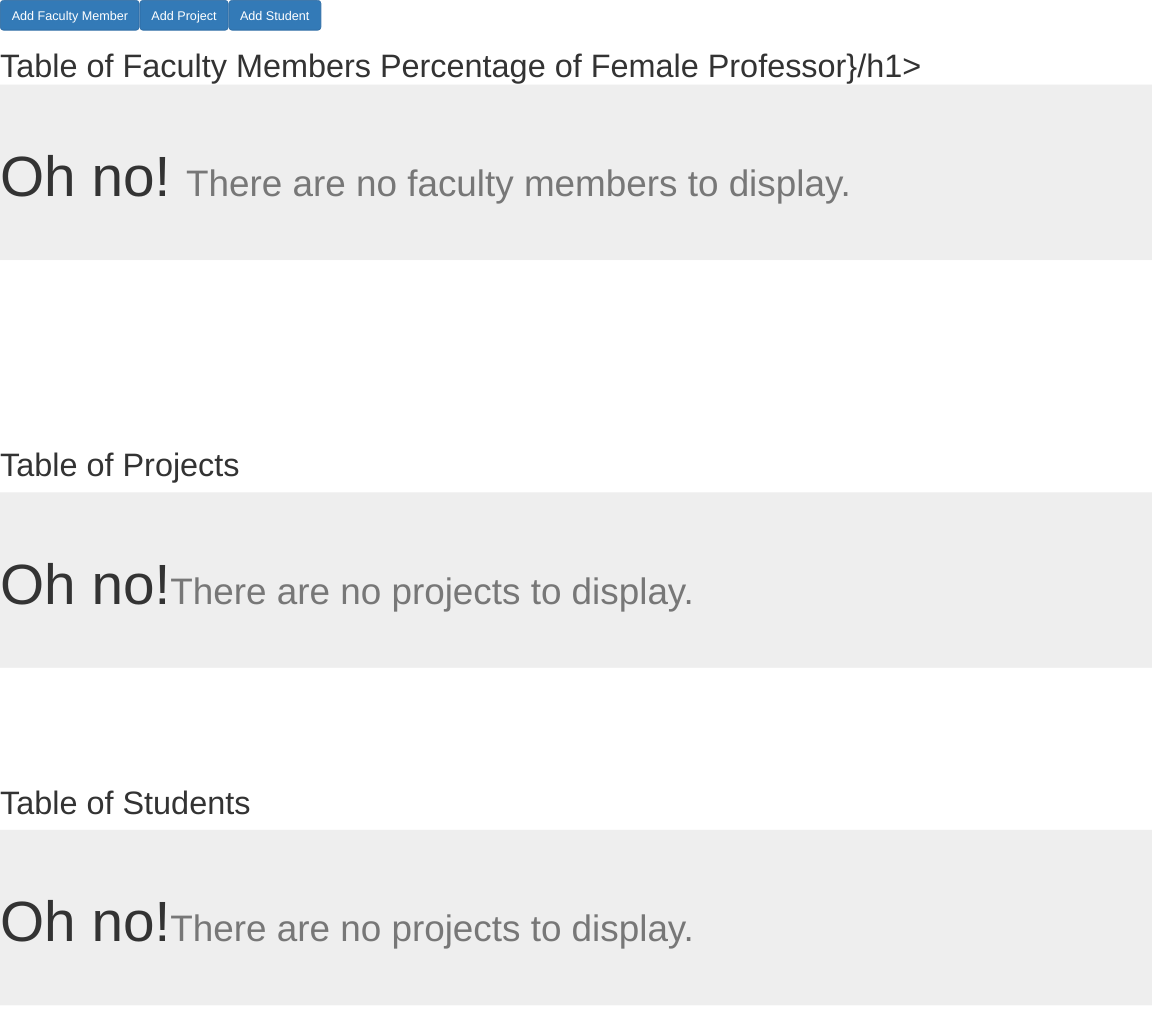
Repository: cpham19/DatabaseSite
Page: http://localhost/database/Table
The author's editor kept a copy of each file at every save. The page is drawn from the files as they stood at one save, then again after the next save.
The browser window is 1280 px wide. The pictures show the whole page, at 90% of full size.
The page is served by Tomcat 9. Other server files are loaded and not shown. Queries for data that is not in the repository find no rows.

Above is the page before, as saved 2017-08-05 07:11:54.

### database/src/main/webapp/Table.jsp
<%@ page language="java" contentType="text/html; charset=UTF-8" pageEncoding="UTF-8"%>
<%@ taglib prefix="c" uri="http://java.sun.com/jsp/jstl/core" %>
<%@ taglib prefix="fn" uri="http://java.sun.com/jsp/jstl/functions" %>
<!doctype html>
<html lang="en">
<head>
	<title>Faculty</title>
	<!-- Latest compiled and minified CSS -->
	<link rel="stylesheet" href="https://maxcdn.bootstrapcdn.com/bootstrap/3.3.7/css/bootstrap.min.css" integrity="sha384-BVYiiSIFeK1dGmJRAkycuHAHRg32OmUcww7on3RYdg4Va+PmSTsz/K68vbdEjh4u" crossorigin="anonymous">
</head>
<body>
	<a href="AddFaculty.jsp" class="btn btn-primary" role="button">Add Faculty Member</a><a href="AddProject.jsp" class="btn btn-primary" role="button">Add Project</a><a href="AddStudent.jsp" class="btn btn-primary" role="button">Add Student</a>

	<h1>Table of Faculty Members                      Percentage of Female Professor}/h1>

	<br/>
	<c:if test="${empty faculties}">
		<div class="jumbotron">
			<h1>Oh no! <small>There are no faculty members to display.</small></h1>
		</div>
	</c:if>

	<c:if test="${not empty faculties}">
		<c:forEach items="${faculties}" var="faculty">
			<div class="panel panel-default">
	 			<div class="panel-body">
					<h3>${faculty.name} (${faculty.res_spec})
					 <a href="ViewProfessorProject?name=${faculty.name}&ssn=${faculty.ssn}" class="btn btn-primary" role="button">View Projects</a><a href="DeleteFaculty?id=${faculty.id}&ssn=${faculty.ssn}" class="btn btn-danger" role="button">Delete Faculty</a>
					 <br/>
					</h3>
					<p>Gender: ${faculty.gender} | Age: ${faculty.age} | SSN : ${faculty.ssn}</p>
					<form action="AddProjectToProf" method="post">
							<input type="text" id="prof_ssn" name="prof_ssn" value="${faculty.ssn}">
							<input type="text" id="proj_num" name="proj_num" placeholder="Enter project number">
							<button type="submit" class="btn btn-success btn-block">Add Faculty to Project</button>
					</form>
			    </div>
			</div>
		</c:forEach>
	</c:if>

	<br/>
	<br/>
	<br/>
	<br/>

    <h1>Table of Projects</h1>
	<c:if test="${empty projects}">
		<div class="jumbotron">
			<h1>Oh no!<small>There are no projects to display.</small></h1>
		</div>
	</c:if>

	<c:if test="${not empty projects}">
		<c:forEach items="${projects}" var="project">
 			<div class="pane panel-default">
				 <div class = "pane panel-heading"><h1>Project#${project.projectNum} ${project.sponsorName} | Start: ${project.startingDate}  End: ${project.endingDate} <a href="ViewStudent?proj_num=${project.projectNum}&spon_name=${project.sponsorName}" class="btn btn-primary" role="button">View Students</a><a href="ViewNumberOfPeople?proj_num=${project.projectNum}" class="btn btn-success" role="button">View Number</a><a href="DeleteProject?id=${project.projectNum}" class="btn btn-danger" role="button">Delete Project</a></h1></div>
			</div>
		</c:forEach>
	</c:if>

	<br/>
	<br/>
	<br/>
	<br/>

    <h1>Table of Students</h1>
	<c:if test="${empty students}">
		<div class="jumbotron">
			<h1>Oh no!<small>There are no projects to display.</small></h1>
		</div>
	</c:if>

	<c:if test="${not empty students}">
		<c:forEach items="${students}" var="student">
 			<div class="pane panel-default">
				 <div class = "pane panel-heading">
				 		<h3>${student.name}
				 			<a href="DeleteStudent?id=${student.id}&ssn=${student.ssn}" class="btn btn-danger" role="button">Delete Student</a>
				 		</h3>
				 		<p>Gender: ${student.gender} | Age: ${student.age} | SSN : ${student.ssn}</p>
				 		<form action="AddProjectToStud" method="post">
								<input type="text" id="stud_ssn" name="stud_ssn" value="${student.ssn}">
								<input type="text" id="proj_num" name="proj_num" placeholder="Enter project number">
								<button type="submit" class="btn btn-success btn-block">Add Student to Project</button>
						</form>
				 </div>
			</div>
		</c:forEach>
	</c:if>

</body>
</html>

### database/src/main/java/Table.java
import java.io.IOException;
import java.sql.Connection;
import java.sql.DriverManager;
import java.sql.ResultSet;
import java.sql.SQLException;
import java.sql.Statement;
import java.util.ArrayList;

import javax.servlet.ServletConfig;
import javax.servlet.ServletException;
import javax.servlet.http.HttpServlet;
import javax.servlet.http.HttpServletRequest;
import javax.servlet.http.HttpServletResponse;

public class Table extends HttpServlet
{
	private static final long serialVersionUID = 1L;


	public void init(ServletConfig config) throws ServletException {
		super.init(config);

		try {
			Class.forName("org.postgresql.Driver");
		}
		catch (ClassNotFoundException e) {
			throw new ServletException(e);
		}
	}

	protected void doGet(HttpServletRequest request, HttpServletResponse response) throws ServletException, IOException
	{
		ArrayList<FacultyModel> faculties = new ArrayList<>();
		ArrayList<ProjectModel> projects = new ArrayList<>();
		ArrayList<StudentModel> students = new ArrayList<>();
		double femaleProfessors = 0;

		Connection c = null;
        try
        {
            String url = "jdbc:postgresql://cs1.calstatela.edu:5432/cs4222s29";
            String username = "cs4222s29";
            String password = "Wh0QcrwJ";
            c = DriverManager.getConnection( url, username, password );

            Statement stmt = c.createStatement();

            ResultSet rs = stmt.executeQuery("select * from faculty");

            while (rs.next()) {

            	FacultyModel entry = new FacultyModel(rs.getInt("id"), rs.getString("ssn"), rs.getString("name"), rs.getInt("age"),
            										  rs.getString("gender"), rs.getString("rank"), rs.getString("res_spec"));

            	faculties.add(entry);
 			}

            rs = stmt.executeQuery("select * from project");

            while (rs.next()) {

            	ProjectModel entry = new ProjectModel(rs.getInt("project_num"), rs.getString("sponsor_name"), rs.getString("starting_date"), rs.getString("ending_date"));

            	projects.add(entry);
 			}

           rs = stmt.executeQuery("select * from student");

            while (rs.next()) {

            	StudentModel entry = new StudentModel(rs.getInt("id"), rs.getString("ssn"), rs.getString("name"), rs.getInt("age"), rs.getString("gender"), rs.getString("degree"));

            	students.add(entry);
 			}

            rs = stmt.executeQuery("select female_faculty();");


            while (rs.next()) {
            	femaleProfessors = rs.getDouble("female_faculty()");
 			}
        }

        catch( SQLException e ) {

            throw new ServletException( e );

        }

        finally {

            try {

                if( c != null ) c.close();

            }

            catch( SQLException e ) {

                throw new ServletException( e );

            }

        }

        request.setAttribute("faculties", faculties);
        request.setAttribute("projects", projects);
        request.setAttribute("students", students);
        request.setAttribute("femaleProfessors", femaleProfessors);

        request.getRequestDispatcher("Table.jsp").forward(request,response);
	}


	protected void doPost(HttpServletRequest request, HttpServletResponse response) throws ServletException, IOException
	{
		doGet(request, response);
	}

}

After the next save:
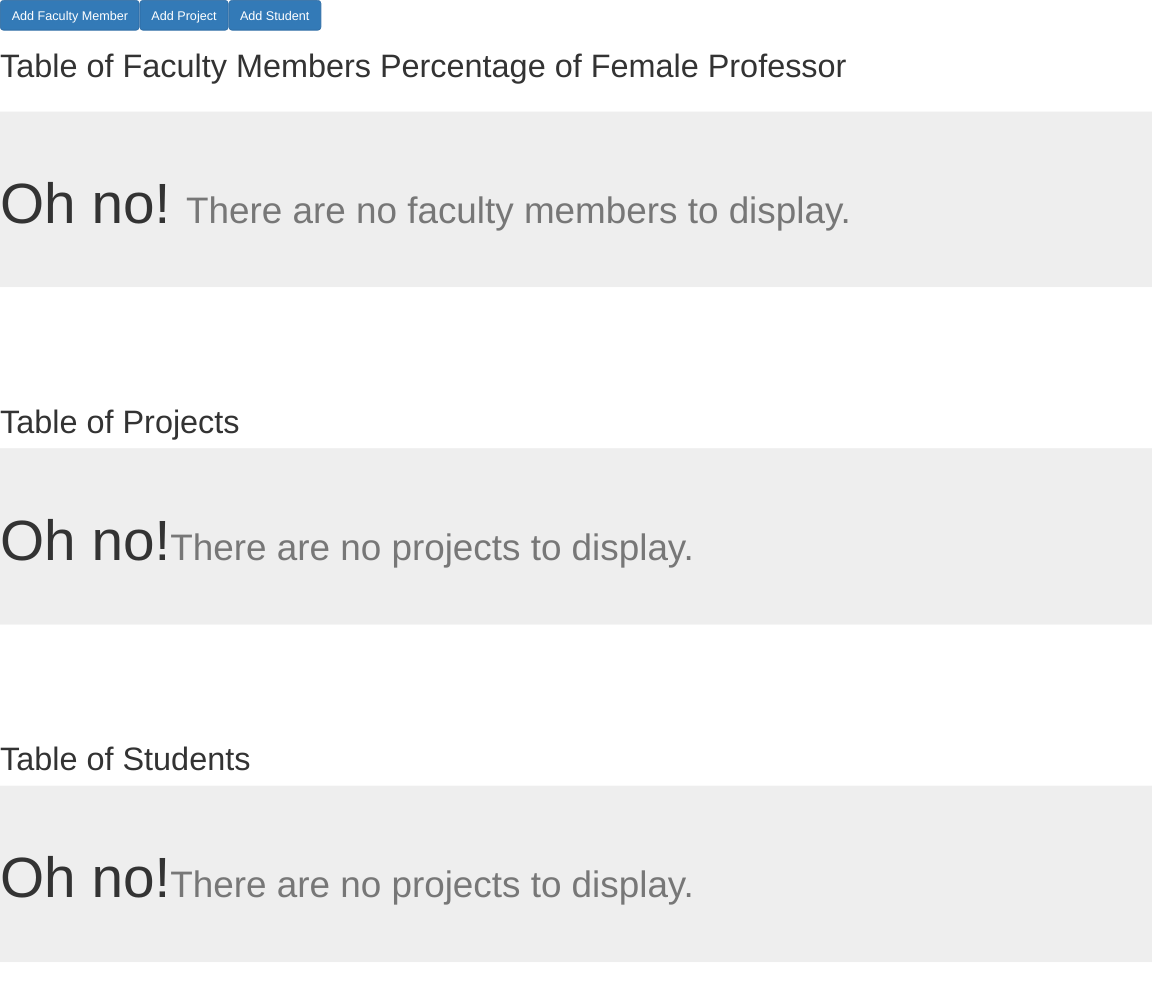
Saved 8 s later.
--- a/database/src/main/webapp/Table.jsp
+++ b/database/src/main/webapp/Table.jsp
@@ -11,7 +11,7 @@
 <body>
 	<a href="AddFaculty.jsp" class="btn btn-primary" role="button">Add Faculty Member</a><a href="AddProject.jsp" class="btn btn-primary" role="button">Add Project</a><a href="AddStudent.jsp" class="btn btn-primary" role="button">Add Student</a>
 
-	<h1>Table of Faculty Members                      Percentage of Female Professor}/h1>
+	<h1>Table of Faculty Members                      Percentage of Female Professor </h1>
 
 	<br/>
 	<c:if test="${empty faculties}">
